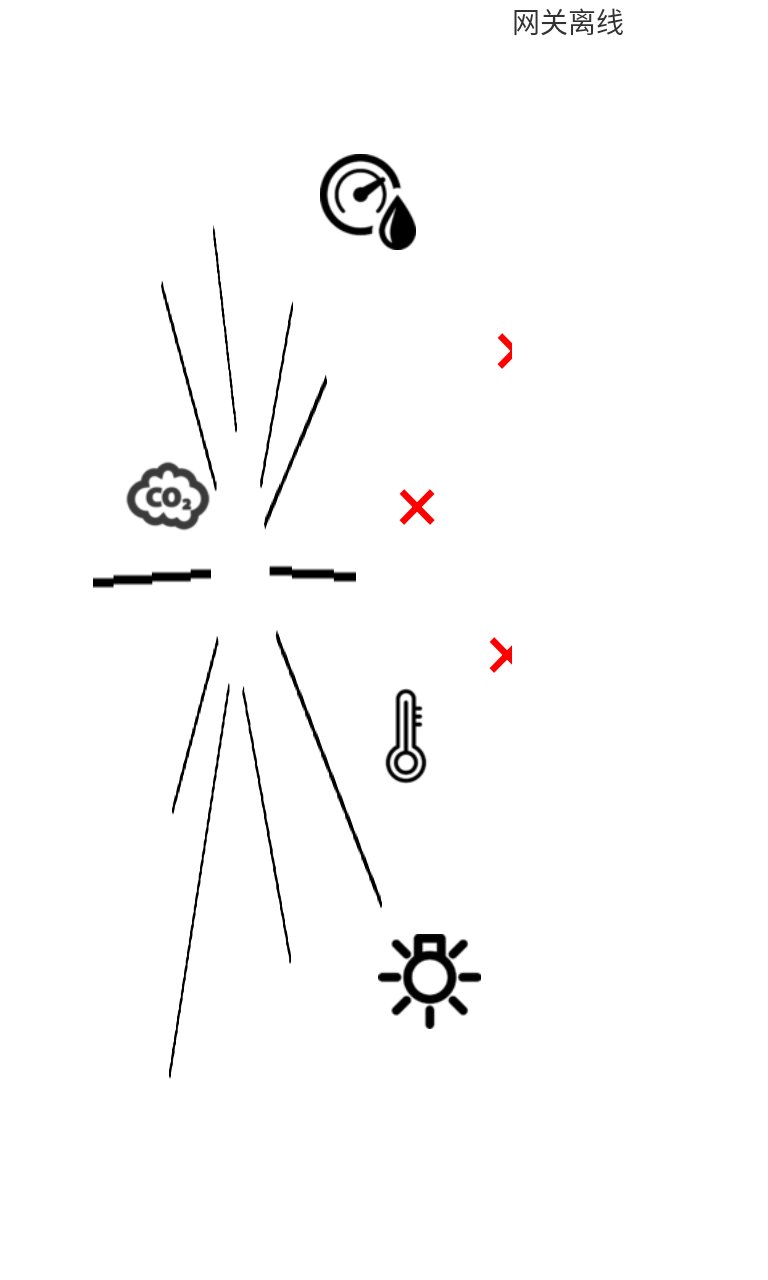
Repository: HuaAndLi/guosai2019-android-code
Layout: 国赛Android代码最优代码/A/SmartHome/res/layout/activity_conn.xml
An editor plug-in stored every save of this project. The layout is shown before and after the next save, followed by the edit.
It is drawn on a 768 x 1280 px phone screen (xhdpi) without system bars, with theme android:Theme.Holo.Light.NoActionBar.Fullscreen; the app's code is not run.

Above is the layout before, as saved 2019-05-13 10:11:56.

### 国赛Android代码最优代码/A/SmartHome/res/layout/activity_conn.xml
<LinearLayout xmlns:android="http://schemas.android.com/apk/res/android"
    xmlns:tools="http://schemas.android.com/tools"
    android:layout_width="match_parent"
    android:layout_height="match_parent"
    tools:context=".ConnActivity" >

    <AbsoluteLayout
        android:layout_width="match_parent"
        android:layout_height="match_parent"
        android:layout_weight="1"
        android:background="@drawable/ba" >

        <TextView
            android:id="@+id/textView1"
            android:layout_width="wrap_content"
            android:layout_height="wrap_content"
            android:layout_x="247dp"
            android:layout_y="146dp"
            android:text="×"
            android:textColor="#f00"
            android:textSize="40sp" />

        <TextView
            android:id="@+id/TextView01"
            android:layout_width="wrap_content"
            android:layout_height="wrap_content"
            android:layout_x="295dp"
            android:layout_y="119dp"
            android:text="×"
            android:textColor="#f00"
            android:textSize="40sp" />

        <TextView
            android:id="@+id/TextView02"
            android:layout_width="wrap_content"
            android:layout_height="wrap_content"
            android:layout_x="361dp"
            android:layout_y="143dp"
            android:text="×"
            android:textColor="#f00"
            android:textSize="40sp" />

        <TextView
            android:id="@+id/TextView03"
            android:layout_width="wrap_content"
            android:layout_height="wrap_content"
            android:layout_x="385dp"
            android:layout_y="173dp"
            android:text="×"
            android:textColor="#f00"
            android:textSize="40sp" />

        <TextView
            android:id="@+id/TextView04"
            android:layout_width="wrap_content"
            android:layout_height="wrap_content"
            android:layout_x="412dp"
            android:layout_y="220dp"
            android:text="×"
            android:textColor="#f00"
            android:textSize="40sp" />

        <TextView
            android:id="@+id/TextView05"
            android:layout_width="wrap_content"
            android:layout_height="wrap_content"
            android:layout_x="413dp"
            android:layout_y="294dp"
            android:text="×"
            android:textColor="#f00"
            android:textSize="40sp" />

        <TextView
            android:id="@+id/TextView06"
            android:layout_width="wrap_content"
            android:layout_height="wrap_content"
            android:layout_x="347dp"
            android:layout_y="328dp"
            android:text="×"
            android:textColor="#f00"
            android:textSize="40sp" />

        <TextView
            android:id="@+id/TextView07"
            android:layout_width="wrap_content"
            android:layout_height="wrap_content"
            android:layout_x="265dp"
            android:layout_y="346dp"
            android:text="×"
            android:textColor="#f00"
            android:textSize="40sp" />

        <TextView
            android:id="@+id/TextView08"
            android:layout_width="wrap_content"
            android:layout_height="wrap_content"
            android:layout_x="243dp"
            android:layout_y="298dp"
            android:text="×"
            android:textColor="#f00"
            android:textSize="40sp" />

        <TextView
            android:id="@+id/TextView09"
            android:layout_width="wrap_content"
            android:layout_height="wrap_content"
            android:layout_x="198dp"
            android:layout_y="224dp"
            android:text="×"
            android:textColor="#f00"
            android:textSize="40sp" />

        <ImageView
            android:id="@+id/imageView1"
            android:layout_width="wrap_content"
            android:layout_height="wrap_content"
            android:layout_x="160dp"
            android:layout_y="77dp"
            android:src="@drawable/v1312" />

        <ImageView
            android:id="@+id/imageView2"
            android:layout_width="wrap_content"
            android:layout_height="wrap_content"
            android:layout_x="261dp"
            android:layout_y="44dp"
            android:src="@drawable/v1313" />

        <ImageView
            android:id="@+id/ImageView01"
            android:layout_width="wrap_content"
            android:layout_height="wrap_content"
            android:layout_x="383dp"
            android:layout_y="73dp"
            android:src="@drawable/v1314" />

        <ImageView
            android:id="@+id/ImageView02"
            android:layout_width="wrap_content"
            android:layout_height="wrap_content"
            android:layout_x="447dp"
            android:layout_y="118dp"
            android:src="@drawable/v1315" />

        <ImageView
            android:id="@+id/ImageView03"
            android:layout_width="wrap_content"
            android:layout_height="wrap_content"
            android:layout_x="60dp"
            android:layout_y="224dp"
            android:src="@drawable/v1316" />

        <ImageView
            android:id="@+id/ImageView04"
            android:layout_width="wrap_content"
            android:layout_height="wrap_content"
            android:layout_x="179dp"
            android:layout_y="344dp"
            android:src="@drawable/v1317" />

        <ImageView
            android:id="@+id/ImageView05"
            android:layout_width="wrap_content"
            android:layout_height="wrap_content"
            android:layout_x="189dp"
            android:layout_y="467dp"
            android:src="@drawable/v1318" />

        <ImageView
            android:id="@+id/ImageView06"
            android:layout_width="wrap_content"
            android:layout_height="wrap_content"
            android:layout_x="384dp"
            android:layout_y="430dp"
            android:src="@drawable/v1319" />

        <ImageView
            android:id="@+id/ImageView07"
            android:layout_width="wrap_content"
            android:layout_height="wrap_content"
            android:layout_x="509dp"
            android:layout_y="402dp"
            android:src="@drawable/v1320" />

        <ImageView
            android:id="@+id/ImageView08"
            android:layout_width="wrap_content"
            android:layout_height="wrap_content"
            android:layout_x="482dp"
            android:layout_y="182dp"
            android:src="@drawable/v1321" />
    </AbsoluteLayout>

    <LinearLayout
        android:layout_width="match_parent"
        android:layout_height="match_parent"
        android:layout_weight="2" >

        <LinearLayout
            android:layout_width="match_parent"
            android:layout_height="match_parent"
            android:layout_weight="1" >

            <TextView
                android:layout_width="wrap_content"
                android:layout_height="wrap_content"
                android:text="网关" />

            <TextView
                android:id="@+id/tv1"
                android:layout_width="wrap_content"
                android:layout_height="wrap_content"
                android:text="离线" />
        </LinearLayout>
    </LinearLayout>

</LinearLayout>

After the next save:
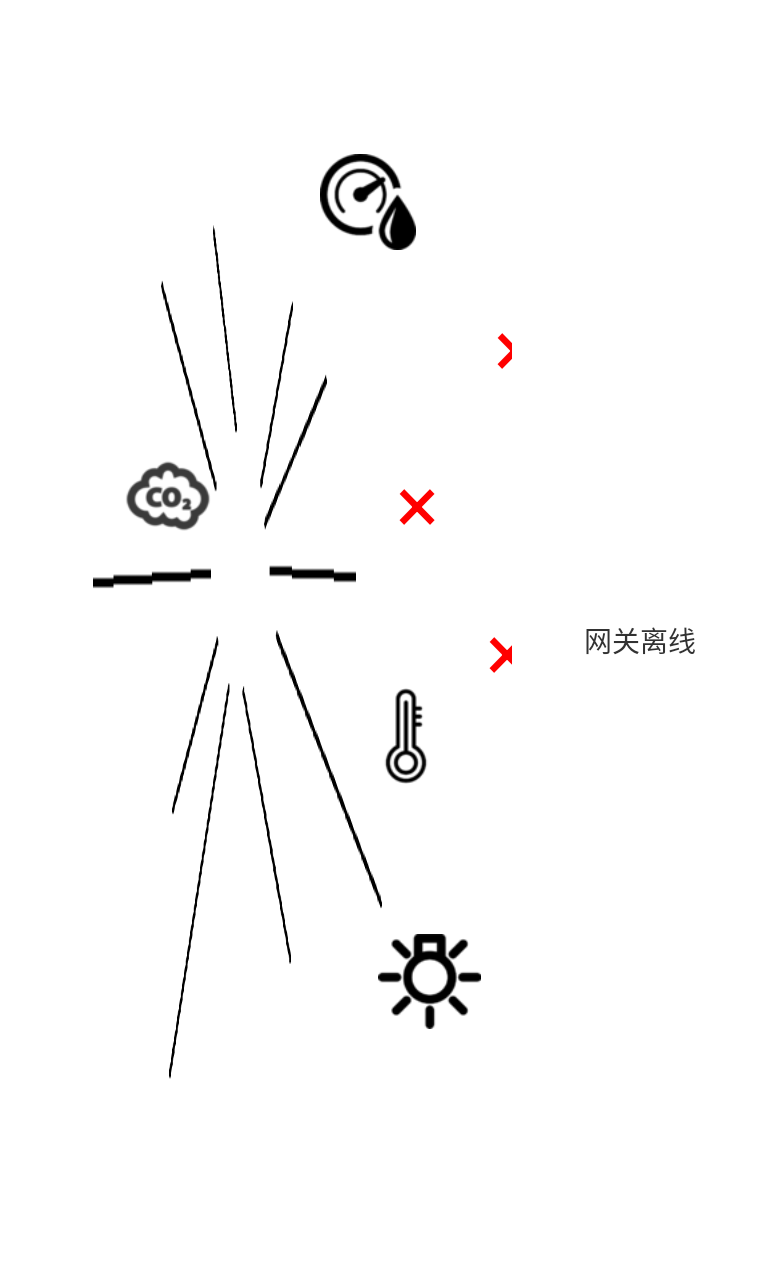
Saved 13 s later.
--- a/国赛Android代码最优代码/A/SmartHome/res/layout/activity_conn.xml
+++ b/国赛Android代码最优代码/A/SmartHome/res/layout/activity_conn.xml
@@ -199,7 +199,8 @@
         <LinearLayout
             android:layout_width="match_parent"
             android:layout_height="match_parent"
-            android:layout_weight="1" >
+            android:layout_weight="1"
+            android:gravity="center" >
 
             <TextView
                 android:layout_width="wrap_content"
